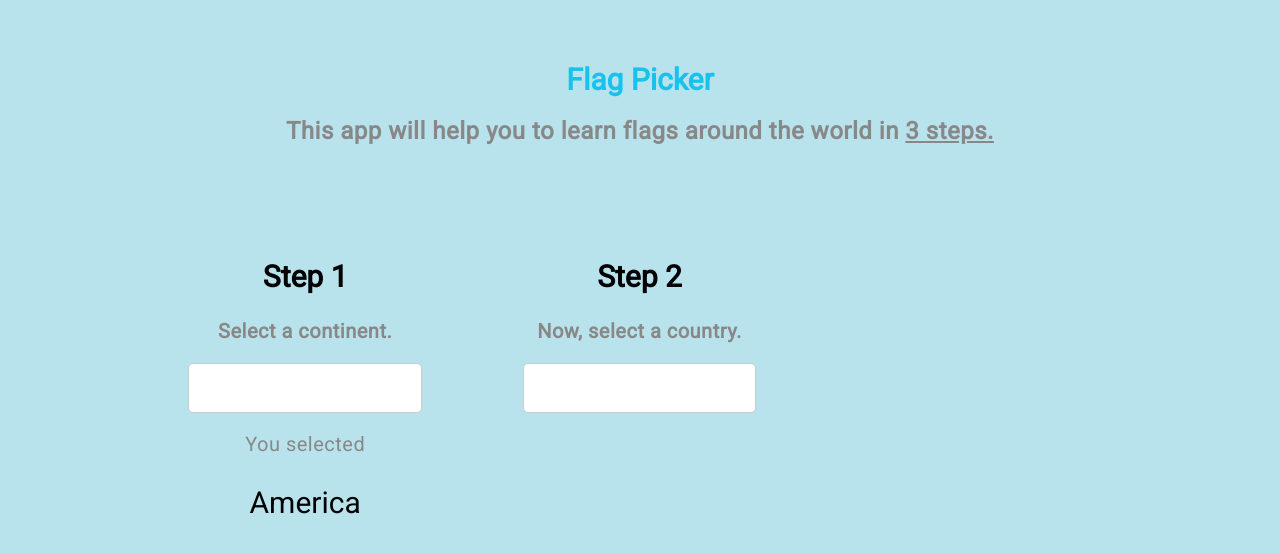
Repository: paras-shah/flag-app
Page: /
The author's editor kept a copy of each file at every save. The page is drawn from the files as they stood at one save, then again after the next save.
The browser window is 1280 px wide. The pictures show the whole page.
The project was rebuilt for these pictures with package versions that can differ from the ones it lists, and the page was loaded fresh each time.

Above is the page before, as saved 2020-02-12 02:38:14.

### public/index.html
<!DOCTYPE html>
<html lang="en">
  <head>
    <meta charset="utf-8" />
    <link rel="icon" href="%PUBLIC_URL%/favicon.ico" />
    <meta name="viewport" content="width=device-width, initial-scale=1" />
    <meta name="theme-color" content="#000000" />
    <meta
      name="description"
      content="Web site created using create-react-app"
    />
    <link rel="apple-touch-icon" href="%PUBLIC_URL%/logo192.png" />
    <link href="https://fonts.googleapis.com/css?family=Roboto&display=swap" rel="stylesheet">
    <!--
      manifest.json provides metadata used when your web app is installed on a
      user's mobile device or desktop. See https://developers.google.com/web/fundamentals/web-app-manifest/
    -->
    <link rel="manifest" href="%PUBLIC_URL%/manifest.json" />
    <!--
      Notice the use of %PUBLIC_URL% in the tags above.
      It will be replaced with the URL of the `public` folder during the build.
      Only files inside the `public` folder can be referenced from the HTML.

      Unlike "/favicon.ico" or "favicon.ico", "%PUBLIC_URL%/favicon.ico" will
      work correctly both with client-side routing and a non-root public URL.
      Learn how to configure a non-root public URL by running `npm run build`.
    -->
    <title>Flag App</title>
  </head>
  <body>
    <noscript>You need to enable JavaScript to run this app.</noscript>
    <div id="root"></div>
    <!--
      This HTML file is a template.
      If you open it directly in the browser, you will see an empty page.

      You can add webfonts, meta tags, or analytics to this file.
      The build step will place the bundled scripts into the <body> tag.

      To begin the development, run `npm start` or `yarn start`.
      To create a production bundle, use `npm run build` or `yarn build`.
    -->
  </body>
</html>

### src/index.js
import React from 'react';
import ReactDOM from 'react-dom';

import './style/normalize.css';
import './style/index.css';

import App from './App';

ReactDOM.render(<App />, document.getElementById('root'));

### src/style/index.css
* {
	box-sizing: border-box;
}

body {
	margin: 0;
	font-family: -apple-system, BlinkMacSystemFont, "Segoe UI", "Roboto",
		"Oxygen", "Ubuntu", "Cantarell", "Fira Sans", "Droid Sans",
		"Helvetica Neue", sans-serif;
	-webkit-font-smoothing: antialiased;
	-moz-osx-font-smoothing: grayscale;
	background-color: rgb(184, 226, 236);
}

.app-main {
	margin: 1% auto;
	padding: 10px;
	text-align: center;
	width: 80%;
	font-family: "Roboto";
}

header {
	margin: 4% auto;
}

.main-text {
	font-size: 30px;
}

h1.main-text {
	color: rgb(25, 194, 236);
	font-size: 30px;
}

.sub-text {
	font-size: 24px;
	color: #888;
	letter-spacing: 0.5px;
}

h2 span {
	text-decoration: underline;
}

/* content */
.app-content {
	display: flex;
	flex-direction: row;
	justify-content: flex-start;
}

.app-content .column {
	width: 33.3%;
	padding: 5%;
}

.column-sub-text {
	font-size: 20px;
	color: #888;
	letter-spacing: 0.5px;
}

.flag-section{
	display: flex;
	margin: 20px 0px;
	list-style: none;
	padding: 0px;
	width: 100%;
	justify-content: center;
}

.flag-section li{
	width:50px;
	height:50px;
	margin: 10px;
	font-size: 60px;
}

button {
	border-radius: 5px;
	width: auto;
	padding : 10px 20px;
	font-size: 15px;
	color:white;
	background-color:  rgb(25, 194, 236);
}

### src/App.js
import React from 'react';

// Components
import Search from "./components/Search";

// Config
import COPY from "./config/copy";
import flagData from "./config/continents.json";


class App extends React.Component {
  constructor(props) {
    super(props);

    this.state = {
      continentList: [],
      selectedContinentCountryList: [],

      selectedContinentIndex: -1,
      selectedCountryFlags: null,
    }
  }

  componentDidMount() {
    if (flagData) {
      const continentArray = this.getContinentList();
      this.setState({ continentList: continentArray });
      ///
      const countryList = this.getContinentSpecificCountriesList(1);
      this.setState({
        selectedContinentIndex: 1,
        selectedContinentCountryList: countryList
      });
    }

  }

  // on
  onContinentSelect = (selectedValueIndex) => {
    // get country data
    const countryList = this.getContinentSpecificCountriesList(selectedValueIndex);
    this.setState({
      selectedContinentIndex: selectedValueIndex,
      selectedContinentCountryList: countryList
    });
  }

  onCountrySelect = (selectedValueIndexes) => {
    // get map data
    let countriesFlags = null;
    if (selectedValueIndexes.length) {
      countriesFlags = this.getSpecificFlags(selectedValueIndexes);
    }
    this.setState({
      selectedCountryFlags: countriesFlags
    });

  }

  //
  getContinentList = () => {
    return flagData.map((value) => {
      return value["continent"];
    });
  }

  //
  getContinentSpecificCountriesList = (continentIndex) => {
    const { countries } = flagData[continentIndex];
    return countries.map((value) => {
      return value["name"];
    });
  }

  //
  getSpecificFlags = (selectedValueIndexes) => {
    const continentIndex = this.state.selectedContinentIndex;
    const { countries } = flagData[continentIndex];
    const selectedCountries = countries.filter((value, key) => {
      return selectedValueIndexes.indexOf(key) >= 0;
    });

    return selectedCountries.map((country) => {
      return country.flag;
    });
  }

  showFlags = () => {
    const selectedCountryFlags = this.state.selectedCountryFlags;
    return selectedCountryFlags.map((value, index) => {
      return (<li key={index}> {value}</li>);
    })
  }




  render() {
    const { continentList, selectedContinentIndex, selectedCountryFlags } = this.state;
    const selectedContinent = selectedContinentIndex > -1 ? continentList[selectedContinentIndex] : false;

    return (
      <main className="app-main">
        <header className="app-header">
          <h1 className="main-text">{COPY.HEADER_TEXT}</h1>
          <h2 className="sub-text">{COPY.HEADER_SUBTEXT} <span> {COPY.HEADER_SUBTEXT_TWO} </span></h2>
        </header>

        <div className="app-content">
          {/* Continent */}
          <section className="column">
            <h2 className="main-text">{COPY.COLUMN_ONE_HEADING}</h2>
            <h3 className="column-sub-text">{COPY.COLUMN_ONE_SUBTEXT} </h3>

            <Search values={this.state.continentList}
              className="continent-select"
              onSelect={this.onContinentSelect}
            />

            {selectedContinent &&
              <>
                <p className="column-sub-text">
                  {COPY.SELECTED}
                </p>
                <p className="main-text">
                  {continentList[selectedContinentIndex]}
                </p>
              </>
            }
          </section>

          {/* Country */}
          {selectedContinent &&
            <section className="column">
              <h2 className="main-text">{COPY.COLUMN_TWO_HEADING}</h2>
              <h3 className="column-sub-text">{COPY.COLUMN_TWO_SUBTEXT} </h3>
              <Search values={this.state.selectedContinentCountryList}
                className="country-select"
                onSelect={this.onCountrySelect}
                multiSelect={true}
              />
            </section>
          }

          {/* Flag Column */}
          {selectedCountryFlags &&
            <section className="column">
              <h2 className="main-text">{COPY.SELECTED_FLAGS}</h2>
              <ul className="flag-section">
                {this.showFlags()}
              </ul>
              <button> Clear Flags </button>
            </section>
          }


        </div>
      </main>
    );
  }
}

export default App;

### src/components/Search.js
import React from "react";
import "../style/search.css";

class Search extends React.Component {
    constructor(props) {
        super(props);
        this.state = {
            textValue: '',
            allValues: props.values,
            possibleValues: props.values,
            multiSelect: props.multiSelect ? true : false,
            selectedValue: props.multiSelect ? [] : '',
            showAvailableOption: false
        }

        this.onTextChange = this.onTextChange.bind(this);
        this.onFocus = this.onFocus.bind(this);
        this.onFocusOut = this.onFocusOut.bind(this);
        this.onSelect = this.onSelect.bind(this);
    }

    componentDidUpdate(prevProps) {

        if (this.props.values && prevProps.values && this.props.values[0] !== prevProps.values[0]) {
            this.setState({
                allValues: this.props.values,
                possibleValues: this.props.values,
            })
        }
        if (this.props.selectType && prevProps.selectType && this.props.selectType !== prevProps.selectType) {
            this.setState({
                selectType: this.props.selectType
            })
        }
    }

    onTextChange = (event) => {
        // batch call
        this.setState({ textValue: event.target.value });
        this.updatePossibleValues(event.target.value);
    }

    onFocus = () => {
        this.setState({ showAvailableOption: true });
    }

    onFocusOut = () => {
        // this.setState({ showAvailableOption: false });
    }

    onSelect = (checkBoxValue) => {
        const { allValues, multiSelect, selectedValue } = this.state;
        const selectedValueIndex = allValues.indexOf(checkBoxValue);

        if (multiSelect) {
            const existAt = selectedValue.indexOf(selectedValueIndex);
            if (existAt >= 0) {
                selectedValue.splice(existAt, 1)
            } else {
                // remove it from selected values
                selectedValue.push(selectedValueIndex);
            }
            this.setState({ selectedValue: selectedValue });
            this.props.onSelect(selectedValue);
        }
        else {
            this.setState({ selectedValue: selectedValueIndex, showAvailableOption: false });
            this.props.onSelect(selectedValueIndex);
        }
    }


    updatePossibleValues = (textValue) => {
        const { allValues } = this.state;

        const filteredValues =
            allValues.filter(value => value.toLowerCase().indexOf(textValue.toLowerCase()) > -1);
        this.setState({ possibleValues: filteredValues });
    }


    showOptions = () => {
        const { possibleValues, multiSelect, allValues } = this.state;
        if (possibleValues.length >= 0) {
            if (multiSelect) {
                return possibleValues.map((value, index) => {
                    const getIndex = allValues.indexOf(value);
                    return (<li key={getIndex} >
                        <input onClick={(e) => { this.onSelect(value, e) }} type="checkbox" name="country" aria-label={value} id={`country${index}`} />
                        <label htmlFor={`country${index}`}>{value}</label>
                    </li>);
                })
            }
            else {
                return possibleValues.map((value, index) => {
                    return (<li key={index} onClick={() => { this.onSelect(value) }}>
                        {value}
                    </li>);
                })
            }

        } else {
            return '';
        }
    }

    render() {
        const { showAvailableOption, multiSelect } = this.state;
        const classes = `search-box ${this.props.className} ${(multiSelect ? 'multi-select' : '')}`;

        return (
            <div className={classes}>
                <input type="text" value={this.state.textValue}
                    onFocus={this.onFocus}
                    onChange={this.onTextChange}
                    onBlur={this.onFocusOut}
                />
                {showAvailableOption &&
                    <ul>
                        {this.showOptions()}
                    </ul>
                }
            </div>
        );
    }
}

export default Search;

### src/config/copy.js
export default {
    HEADER_TEXT : "Flag Picker",
    HEADER_SUBTEXT : "This app will help you to learn flags around the world in",
    HEADER_SUBTEXT_TWO : "3 steps.",

    COLUMN_ONE_HEADING:"Step 1",
    COLUMN_ONE_SUBTEXT:"Select a continent.",

    COLUMN_TWO_HEADING:"Step 2",
    COLUMN_TWO_SUBTEXT:"Now, select a country.",

    COLUMN_THREE_HEADING:"Step 3",
    COLUMN_THREE_SUBTEXT:"Flags.",

    SELECTED:"You selected",
    SELECTED_FLAGS:"Selected Flags:",



};

### src/config/continents.json
[
	{
		"continent": "Africa",
		"countries": [
			{
				"name": "Nigeria",
				"flag": "🇳🇬"
			},
			{
				"name": "Ethiopia",
				"flag": "🇪🇹"
			},
			{
				"name": "Egypt",
				"flag": "🇪🇬"
			},
			{
				"name": "DR Congo",
				"flag": "🇨🇩"
			},
			{
				"name": "South Africa",
				"flag": "🇿🇦"
			}
		]
	},
	{
		"continent": "America",
		"countries": [
			{
				"name": "USA",
				"flag": "🇺🇸"
			},
			{
				"name": "Brazil",
				"flag": "🇧🇷"
			},
			{
				"name": "Mexico",
				"flag": "🇲🇽"
			},
			{
				"name": "Colombia",
				"flag": "🇨🇴"
			},
			{
				"name": "Argentina",
				"flag": "🇦🇷"
			}
		]
	},
	{
		"continent": "Asia",
		"countries": [
			{
				"name": "China",
				"flag": "🇨🇳"
			},
			{
				"name": "India",
				"flag": "🇮🇳"
			},
			{
				"name": "Indonesia",
				"flag": "🇮🇩"
			},
			{
				"name": "Pakistan",
				"flag": "🇵🇰"
			},
			{
				"name": "Bangladesh",
				"flag": "🇧🇩"
			}
		]
	},
	{
		"continent": "Europe",
		"countries": [
			{
				"name": "Russia",
				"flag": "🇷🇺"
			},
			{
				"name": "Germany",
				"flag": "🇩🇪"
			},
			{
				"name": "UK",
				"flag": "🇬🇧"
			},
			{
				"name": "France",
				"flag": "🇫🇷"
			},
			{
				"name": "Italy",
				"flag": "🇮🇹"
			}
		]
	},
	{
		"continent": "Oceania",
		"countries": [
			{
				"name": "Australia",
				"flag": "🇦🇺"
			},
			{
				"name": "Papua New Guinea",
				"flag": "🇵🇬"
			},
			{
				"name": "New Zealand",
				"flag": "🇳🇿"
			},
			{
				"name": "Fiji",
				"flag": "🇫🇯"
			},
			{
				"name": "Solomon Islands",
				"flag": "🇸🇧"
			}
		]
	}
]

### src/style/search.css
.search-box {
	position: relative;
}

.search-box input[type="text"],
.search-box li {
	width: 100%;
	height: 50px;
	border: solid 1px #ccc;
	border-radius: 5px;
	font-size: 20px;
	line-height: 50px;
	padding: 5px;
	box-sizing: border-box;
}

.search-box ul {
	display: inline-block;
	margin: 0px;
	list-style: none;
	padding: 0px;
	width: 100%;
	position: absolute;
	top: 50px;
	left: 0px;
}

.search-box li {
	background-color: white;
	text-align: center;
	text-transform: capitalize;
	cursor: pointer;
}
.search-box li:focus,
.search-box li:hover {
	background-color: #eee;
}

.search-box.multi-select li {
	text-align: left;
	display: flex;
	flex-direction: row;
	justify-content: flex-start;
	position: relative;
}

.search-box input[type="checkbox"] {
	display: none;
}

.search-box input[type="checkbox"] ~ label {
	font-size: 20px;
	line-height: 38px;
	display: block;
	cursor: pointer;
	width: 100%;
	height: 100%;
	padding-left: 50px;
	position: relative;
}

.search-box input[type="checkbox"] ~ label:before {
	content: " ";
	width: 20px;
	height: 20px;
	border: solid 1px #999;
	position: absolute;
	left: 10px;
	top: 10px;
}

.search-box input[type="checkbox"]:checked ~ label:before {
	background-image: url("./check-mark.png");
	background-size: contain;
	background-size: 100% 100%;
    background-repeat: no-repeat;
}

Loaded but not shown: src/style/normalize.css (library)

After the next save:
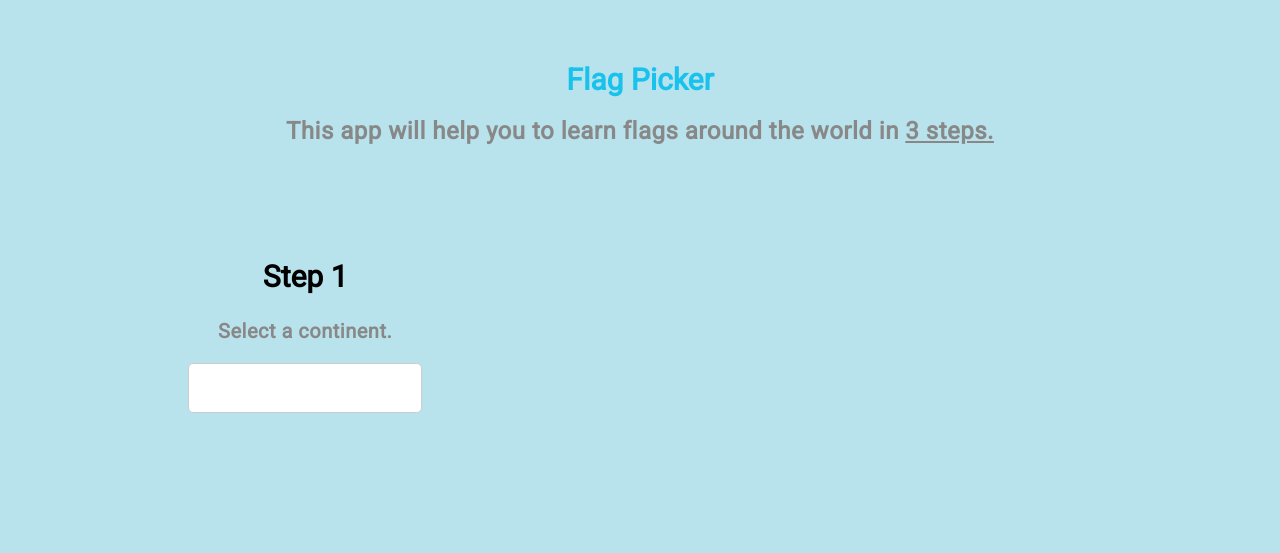
Saved 49 s later.
--- a/src/App.js
+++ b/src/App.js
@@ -25,12 +25,12 @@ class App extends React.Component {
     if (flagData) {
       const continentArray = this.getContinentList();
       this.setState({ continentList: continentArray });
-      ///
+      {/*
       const countryList = this.getContinentSpecificCountriesList(1);
       this.setState({
         selectedContinentIndex: 1,
         selectedContinentCountryList: countryList
-      });
+      });*/}
     }
 
   }
